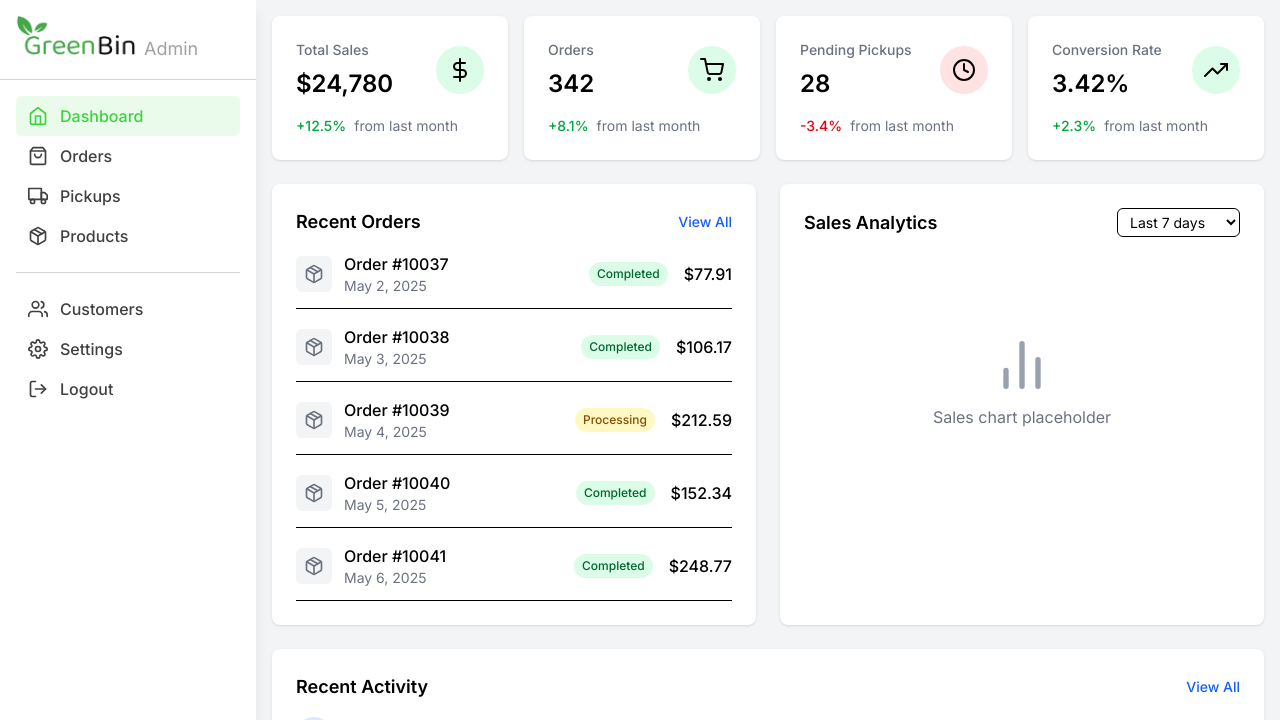
Repository: Siddhu123456/Plastic-Waste-Management
Page: /dashboard (app in frontend/)
An editor plug-in stored every save of this project. The page is shown before and after the next save, followed by the edit.
The browser window is 1280 px wide. The pictures show the whole page.
An inner scrolling area shows only its first screen. The project was rebuilt for these pictures with package versions that can differ from the ones it lists, and the page was loaded fresh each time. Also part of the build but not shown: frontend/vite.config.js, frontend/src/components/ProductCard.jsx, frontend/src/components/TrendingProductsCarousel.jsx, frontend/src/pages/Home.jsx, frontend/src/components/FilterBar.jsx, frontend/src/components/Loader.jsx, frontend/src/pages/customer/Shop.jsx, frontend/src/pages/customer/Recycle.jsx and 22 more. Imported but missing from the stored project, and not drawn on this page: frontend/src/pages/Help, frontend/src/pages/customer/WishList.

Above is the page before, as saved 2025-05-06 20:19:43.

### frontend/src/index.css
@import url('https://fonts.googleapis.com/css2?family=Fugaz+One&family=Montserrat:ital@0;1&display=swap');
@import url('https://fonts.googleapis.com/css2?family=Inter:ital,opsz,wght@0,14..32,100..900;1,14..32,100..900&display=swap');
@import "tailwindcss";


@custom-variant dark (&:where(.dark, .dark *));


@theme{
  --color-ow : #f5f5f5;
  --color-dbg : #000803;
  --color-dsc : #1e221f;
  --color-dtc : #313532;
  --color-lgg : #3bd440;
  --color-tc : #1e1e1e;
  --color-lgd : #2aa12e;
  --color-bl: #1D2A35;
  --color-lg-trans : rgba(69, 167, 72, 0.3);
}

@layer components {
  .pri-btn {
    @apply text-white cursor-pointer text-center rounded-lg bg-lgg hover:bg-lgd transition duration-300
  }
  .white-btn {
    @apply text-lgg cursor-pointer text-center rounded-2xl bg-ow transition duration-300
  }
  .trans-btn{
    @apply border text-center rounded-2xl cursor-pointer border-lgg text-lgg hover:bg-lgg hover:text-white transition
  }

  .white-trans-btn{
    @apply border text-center rounded-2xl cursor-pointer border-white text-white transition duration-300
  }
}

@layer utilities{
  .no-scrollbar::-webkit-scrollbar {
    display: none;
}
.no-scrollbar {
    -ms-overflow-style: none;
    scrollbar-width: none;
}
}

:root{
  font-family: "Inter", sans-serif;
  background-color: #f5f5f5;
  box-sizing: border-box;
  overflow-x: hidden;
}


input[type='range'] {
  pointer-events: all;
  height: 0;
}

input[type='range']::-webkit-slider-thumb {
  appearance: none;
  height: 16px;
  width: 16px;
  background: #22c55e;
  border-radius: 9999px;
  cursor: pointer;
  border: none;
}

input[type='range']::-moz-range-thumb {
  height: 16px;
  width: 16px;
  background: #22c55e;
  border-radius: 9999px;
  cursor: pointer;
  border: none;
}

### frontend/src/App.jsx
import { CartProvider } from './components/CartContext.jsx';
import AppRoutes from './routes/AppRoutes.jsx'


const App = () => (
    <CartProvider>
        <AppRoutes />
    </CartProvider>
)

export default App;

### frontend/src/components/CartContext.jsx
import { createContext, useContext, useState } from "react";

const CartContext = createContext();

export const CartProvider = ({ children }) => {
  const [cartCount, setCartCount] = useState(0);

  return (
    <CartContext.Provider value={{ cartCount, setCartCount }}>
      {children}
    </CartContext.Provider>
  );
};

export const useCart = () => useContext(CartContext);

### frontend/src/routes/AppRoutes.jsx
import { BrowserRouter as Router, Routes, Route } from 'react-router-dom'

import Home from '../pages/Home'
import Help from '../pages/Help'
import Shop from '../pages/customer/Shop'
import Recycle from '../pages/customer/Recycle'
import Cart from '../pages/customer/Cart'
import WishList from '../pages/customer/WishList'
import ProductOverview from '../pages/customer/ProductOverview'
import ScrollToTop from './ScrollToTop'
import Layout from '../components/Layout'
import Wallet from '../pages/customer/Wallet'
import OrderHistory from '../pages/customer/OrderHistory'
import OrderSummary from '../pages/customer/OrderSummary'
import PickupHistory from '../pages/customer/PickupHistory'
import CustomerProfile from '../pages/customer/CustomerProfile'
import ProductForm from '../pages/admin/ProductForm'
import Dashboard from '../pages/admin/Dashboard'
import Orders from '../pages/admin/Orders'
import AdminLayout from '../pages/admin/AdminLayout'

const AppRoutes = () => {
  return (
    <Router>
      <ScrollToTop />
      <Routes>
        {/* Routes using main Layout */}
        <Route element={<Layout />}>
          <Route path='/' element={<Home />} />
          <Route path='/recycle' element={<Recycle />} />
          <Route path='/shop' element={<Shop />} />
          <Route path='/help' element={<Help />} />
          <Route path='/cart' element={<Cart />} />
          <Route path='/favorites' element={<WishList />} />
          <Route path='/wallet' element={<Wallet />} />
          <Route path='/product/:id' element={<ProductOverview />} />
          <Route path='/orders' element={<OrderHistory />} />
          <Route path='/orders/:id' element={<OrderSummary />} />
          <Route path='/pickups' element={<PickupHistory />} />
          <Route path='/cprofile' element={<CustomerProfile />} />
          <Route path='/pform' element={<ProductForm />} />
        </Route>

        <Route element={<AdminLayout />}>
          <Route path='/dashboard' element={<Dashboard />} />
          <Route path='/allorders' element={<Orders />} />
        </Route>

      </Routes>
    </Router>
  )
}

export default AppRoutes

### frontend/src/routes/ScrollToTop.jsx
import { useEffect } from "react";
import { useLocation } from "react-router-dom";

const ScrollToTop = () => {
    const {pathname} = useLocation()
    useEffect(() => {
        window.scrollTo(0,0)
    },[pathname])

    return null
}

export default ScrollToTop;

### frontend/src/pages/admin/Dashboard.jsx
import {
    FiDollarSign,
    FiShoppingCart,
    FiClock,
    FiTrendingUp,
    FiBarChart2,
    FiPackage,
    FiShoppingBag,
    FiCheckCircle,
    FiTruck,
    FiXCircle
  } from 'react-icons/fi';

  import StatCard from '../../components/StatCard';
  import ActivityItem from '../../components/ActivityItem';

  const Dashboard = () => {
    return (
      <div className="space-y-6">
        {/* Stats Cards */}
        <div className="grid grid-cols-1 sm:grid-cols-2 lg:grid-cols-4 gap-4">
          <StatCard
            title="Total Sales"
            value="$24,780"
            change="+12.5%"
            icon={<FiDollarSign className="h-6 w-6" />}
            positive
          />
          <StatCard
            title="Orders"
            value="342"
            change="+8.1%"
            icon={<FiShoppingCart className="h-6 w-6" />}
            positive
          />
          <StatCard
            title="Pending Pickups"
            value="28"
            change="-3.4%"
            icon={<FiClock className="h-6 w-6" />}
            positive={false}
          />
          <StatCard
            title="Conversion Rate"
            value="3.42%"
            change="+2.3%"
            icon={<FiTrendingUp className="h-6 w-6" />}
            positive
          />
        </div>

        {/* Recent Orders and Sales Chart */}
        <div className="grid grid-cols-1 lg:grid-cols-2 gap-6">
          <div className="bg-white rounded-lg shadow p-6">
            <div className="flex justify-between items-center mb-4">
              <h3 className="text-lg font-semibold">Recent Orders</h3>
              <button className="text-blue-600 text-sm font-medium">View All</button>
            </div>
            <div className="space-y-4">
              {/* Order Items */}
              {[1, 2, 3, 4, 5].map((order) => (
                <div key={order} className="flex justify-between items-center border-b pb-3">
                  <div className="flex items-center">
                    <div className="rounded-md bg-gray-100 p-2">
                      <FiPackage className="h-5 w-5 text-gray-500" />
                    </div>
                    <div className="ml-3">
                      <p className="font-medium">Order #{10036 + order}</p>
                      <p className="text-sm text-gray-500">May {order + 1}, 2025</p>
                    </div>
                  </div>
                  <div className="flex items-center">
                    <span className={`px-2 py-1 rounded-full text-xs font-medium ${
                      order % 3 === 0 ? 'bg-yellow-100 text-yellow-800' : 'bg-green-100 text-green-800'
                    }`}>
                      {order % 3 === 0 ? 'Processing' : 'Completed'}
                    </span>
                    <span className="ml-4 font-medium">${(Math.random() * 200 + 50).toFixed(2)}</span>
                  </div>
                </div>
              ))}
            </div>
          </div>

          <div className="bg-white rounded-lg shadow p-6">
            <div className="flex justify-between items-center mb-4">
              <h3 className="text-lg font-semibold">Sales Analytics</h3>
              <select className="text-sm border rounded-md px-2 py-1">
                <option>Last 7 days</option>
                <option>Last 30 days</option>
                <option>Last 90 days</option>
              </select>
            </div>
            <div className="h-64 flex items-center justify-center">
              <div className="text-center">
                <FiBarChart2 className="h-16 w-16 mx-auto text-gray-400" />
                <p className="mt-2 text-gray-500">Sales chart placeholder</p>
              </div>
            </div>
          </div>
        </div>

        {/* Recent Activity */}
        <div className="bg-white rounded-lg shadow p-6">
          <div className="flex justify-between items-center mb-4">
            <h3 className="text-lg font-semibold">Recent Activity</h3>
            <button className="text-blue-600 text-sm font-medium">View All</button>
          </div>
          <div className="space-y-4">
            <ActivityItem
              icon={<FiShoppingBag className="h-5 w-5" />}
              title="New order received"
              description="Order #10041 from John Doe"
              time="5 minutes ago"
            />
            <ActivityItem
              icon={<FiCheckCircle className="h-5 w-5" />}
              title="Order completed"
              description="Order #10038 has been delivered"
              time="2 hours ago"
            />
            <ActivityItem
              icon={<FiTruck className="h-5 w-5" />}
              title="Pickup scheduled"
              description="Order #10039 ready for pickup at 5:00 PM"
              time="3 hours ago"
            />
            <ActivityItem
              icon={<FiXCircle className="h-5 w-5" />}
              title="Order cancelled"
              description="Order #10036 has been cancelled"
              time="5 hours ago"
            />
          </div>
        </div>
      </div>
    );
  };

  export default Dashboard;

### frontend/src/pages/admin/AdminLayout.jsx
import React, { useState } from "react";
import { FiMenu } from "react-icons/fi";
import Sidebar from "../../components/Sidebar";
import { Outlet } from "react-router-dom";
import LogoGBB from '../../assets/images/logoGBB.png'


const AdminLayout = () => {
  const [sidebarOpen, setSidebarOpen] = useState(false);
  const [activePage, setActivePage] = useState('dashboard');

  const toggleSidebar = () => {
    setSidebarOpen(!sidebarOpen);
  };

  return (
    <div className="flex h-screen bg-gray-100 dark:bg-dsc">
      {/* Sidebar */}
      <Sidebar
        activePage={activePage}
        setActivePage={setActivePage}
        sidebarOpen={sidebarOpen}
        toggleSidebar={toggleSidebar}
      />

      {/* Main Content */}
      <div className="flex flex-col flex-1 xl:ml-64">
        {/* Top bar with menu toggle */}
        <header className="bg-white shadow-sm z-10 xl:hidden">
          <div className="px-4 py-1 flex items-center gap-4">
            <button
              onClick={toggleSidebar}
              className="mr-2 text-gray-600 focus:outline-none"
            >
              <FiMenu className="h-6 w-6" />
            </button>
            <div className=" flex items-baseline gap-2">
              <img className="w-30" src={LogoGBB} alt="GreenBin" />
              <p className="text-lg text-neutral-400">Admin</p>
            </div>
          </div>
        </header>

        {/* Page content */}
        <main className="flex-1 p-4 overflow-auto">
          <Outlet />
        </main>
      </div>

      {/* Overlay to close sidebar on mobile */}
      {sidebarOpen && (
        <div
          className="fixed inset-0 bg-black/50 z-40 xl:hidden"
          onClick={toggleSidebar}
        />
      )}
    </div>
  );
};

export default AdminLayout;

### frontend/src/components/StatCard.jsx
const StatCard = ({ title, value, change, icon, positive }) => {
    return (
      <div className="bg-white rounded-lg shadow p-6">
        <div className="flex items-center justify-between">
          <div>
            <p className="text-sm font-medium text-gray-500">{title}</p>
            <p className="text-2xl font-semibold mt-2">{value}</p>
          </div>
          <div className={`p-3 rounded-full ${positive ? 'bg-green-100' : 'bg-red-100'}`}>
            {icon}
          </div>
        </div>
        <div className="mt-4 flex items-center">
          <span className={`text-sm font-medium ${positive ? 'text-green-600' : 'text-red-600'}`}>
            {change}
          </span>
          <span className="text-sm text-gray-500 ml-2">from last month</span>
        </div>
      </div>
    );
  };

  export default StatCard;

### frontend/src/components/ActivityItem.jsx
const ActivityItem = ({ icon, title, description, time }) => {
    return (
      <div className="flex">
        <div className="mr-4">
          <div className="p-2 rounded-full bg-blue-100 text-blue-600">
            {icon}
          </div>
        </div>
        <div>
          <div className="font-medium">{title}</div>
          <div className="text-sm text-gray-500">{description}</div>
          <div className="text-xs text-gray-400 mt-1">{time}</div>
        </div>
      </div>
    );
  };

  export default ActivityItem;

### frontend/src/components/Sidebar.jsx
import {
  FiHome,
  FiShoppingBag,
  FiTruck,
  FiPackage,
  FiUsers,
  FiSettings,
  FiLogOut,
  FiX
} from 'react-icons/fi';
import LogoGBB from '../assets/images/logoGBB.png'
import SidebarItem from './SidebarItem';

const Sidebar = ({ activePage, setActivePage, sidebarOpen, toggleSidebar }) => {
  return (
    <div className={`fixed inset-y-0 left-0 top-0 z-50 w-64 bg-white shadow-lg transform transition-transform duration-200 xl:translate-x-0 ${sidebarOpen ? 'translate-x-0' : '-translate-x-full'}`}>
      <div className="flex items-center justify-between p-4 border-b border-neutral-300">
        <div className=" flex items-baseline gap-2">
          <img className="w-30" src={LogoGBB} alt="GreenBin" />
          <p className="text-lg text-neutral-400">Admin</p>
        </div>
        <button onClick={toggleSidebar} className="p-2 rounded-md xl:hidden">
          <FiX className="h-6 w-6" />
        </button>
      </div>
      <div className="p-4">
        <nav className="flex flex-col">
          <SidebarItem
            icon={<FiHome className="h-5 w-5" />}
            title="Dashboard"
            val="dashboard"
            active={activePage === 'dashboard'}
            onClick={() => setActivePage('dashboard')}
          />
          <SidebarItem
            icon={<FiShoppingBag className="h-5 w-5" />}
            title="Orders"
            val="allorders"
            active={activePage === 'orders'}
            onClick={() => setActivePage('orders')}
          />
          <SidebarItem
            icon={<FiTruck className="h-5 w-5" />}
            title="Pickups"
            active={activePage === 'pickups'}
            onClick={() => setActivePage('pickups')}
          />
          <SidebarItem
            icon={<FiPackage className="h-5 w-5" />}
            title="Products"
            active={activePage === 'products'}
            onClick={() => setActivePage('products')}
          />
          <div className="pt-4 mt-4 border-t border-neutral-300">
            <SidebarItem
              icon={<FiUsers className="h-5 w-5" />}
              title="Customers"
              active={activePage === 'customers'}
              onClick={() => setActivePage('customers')}
            />
            <SidebarItem
              icon={<FiSettings className="h-5 w-5" />}
              title="Settings"
              active={activePage === 'settings'}
              onClick={() => setActivePage('settings')}
            />
            <SidebarItem
              icon={<FiLogOut className="h-5 w-5" />}
              title="Logout"
              active={false}
            />
          </div>
        </nav>
      </div>
    </div>
  );
};

export default Sidebar;

### frontend/src/components/SidebarItem.jsx
import { Link } from "react-router-dom";

const SidebarItem = ({ icon, title,val, active, onClick }) => {
    return (
    <Link to={`/${val}`}>
          <button
        onClick={onClick}
        className={`flex items-center w-full px-3 py-2 rounded-md transition-colors ${
          active ? 'bg-lgg/10 text-lgg' : 'text-neutral-700 hover:bg-lgg/10'
        }`}
      >
        <span className="mr-3">{icon}</span>
        <span className="font-medium">{title}</span>
      </button>
    </Link>
    )
  }

  export default SidebarItem;

Loaded but not shown: frontend/index.html (common file); frontend/src/main.jsx (common file)

After the next save:
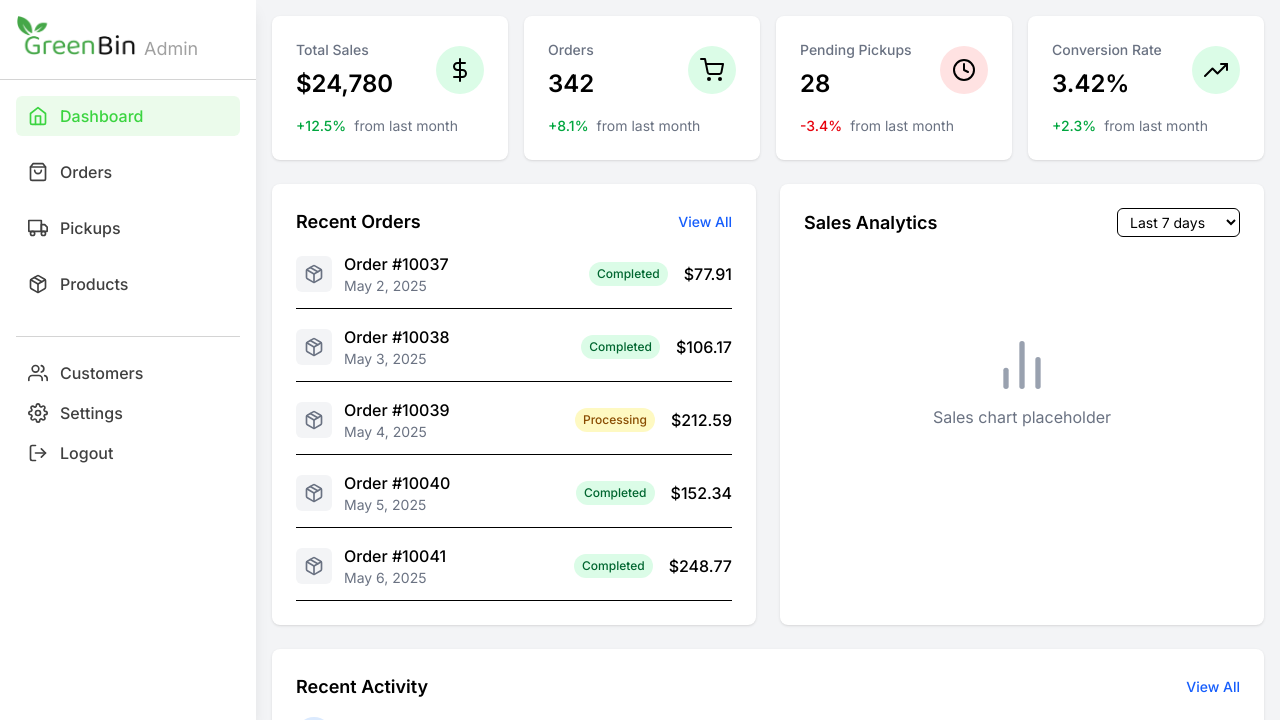
Saved 7 s later.
--- a/frontend/src/components/Sidebar.jsx
+++ b/frontend/src/components/Sidebar.jsx
@@ -24,7 +24,7 @@ const Sidebar = ({ activePage, setActivePage, sidebarOpen, toggleSidebar }) => {
         </button>
       </div>
       <div className="p-4">
-        <nav className="flex flex-col">
+        <nav className="flex flex-col gap-4">
           <SidebarItem
             icon={<FiHome className="h-5 w-5" />}
             title="Dashboard"
